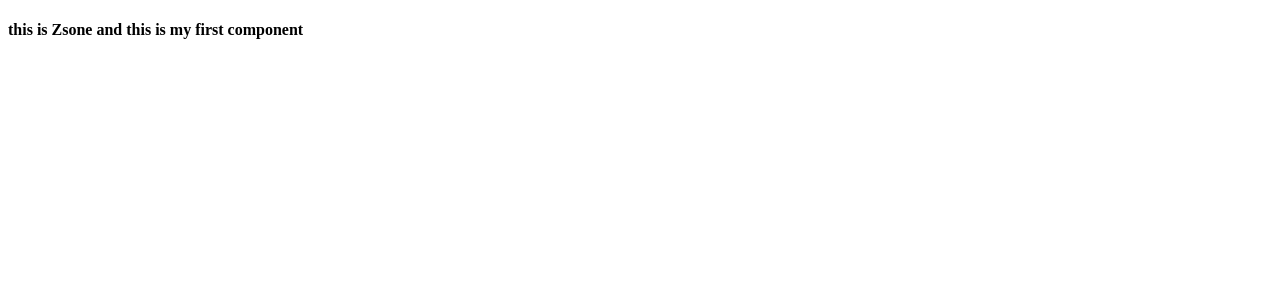
Repository: Zolds403/BookList
Page: /
The author's editor kept a copy of each file at every save. The page is drawn from the files as they stood at one save, then again after the next save.
The browser window is 1280 px wide. The pictures show the whole page.
The project was rebuilt for these pictures with package versions that can differ from the ones it lists, and the page was loaded fresh each time.

Above is the page before, as saved 2021-05-13 10:07:52.

After the next save:
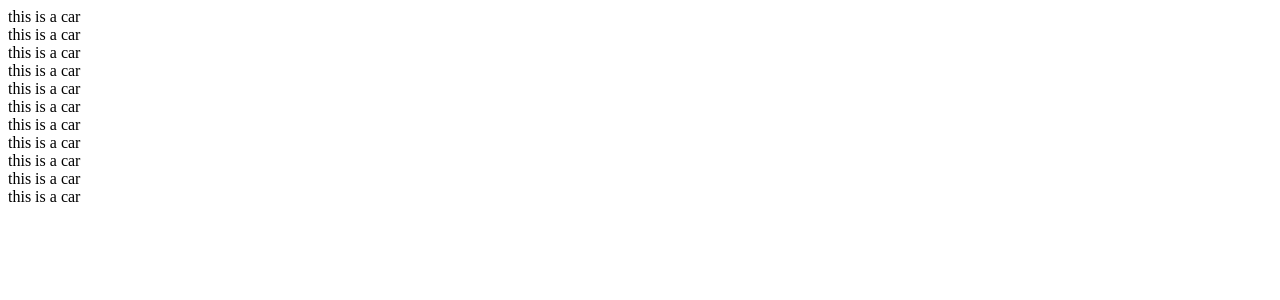
Saved 2 h 15 min later.
--- a/src/index.js
+++ b/src/index.js
@@ -1,13 +1,34 @@
 //jshint esversion: 7
+// div / section / article or Fragment
 import React from 'react';
 import ReactDom from 'react-dom';
 
 
-function Greeting() {
-  return (<div>
-    <h4>this is Zsone and this is my first component</h4>
-  </div>);
+function BookList () {
+  return (
+    <section>
+      <Book />
+      <Book />
+      <Book />
+      <Book />
+      <Book />
+      <Book />
+      <Book />
+      <Book />
+      <Book />
+      <Book />
+      <Book />
+    </section>
+  );
+}
+
+const Book = () => {
+  return(
+    <article>
+      this is a car
+    </article>
+  )
 }
 
 
-ReactDom.render(<Greeting/>,document.getElementById('root'));
+ReactDom.render(<BookList />,document.getElementById('root'));
